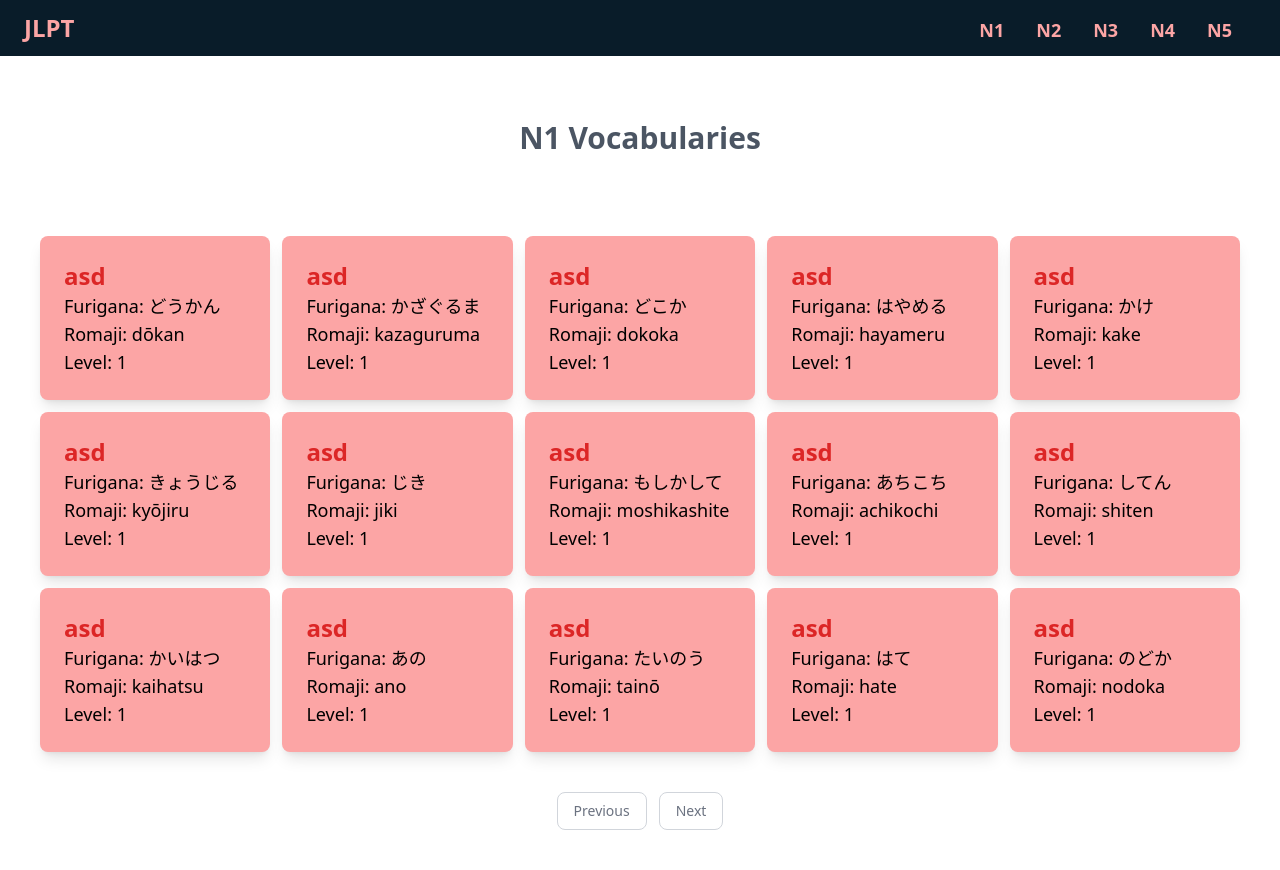
Repository: Penglee25/JLPT-vocabulary
Page: /n1
An editor plug-in stored every save of this project. The page is shown before and after the next save, followed by the edit.
The browser window is 1280 px wide. The pictures show the whole page.
The project was rebuilt for these pictures with package versions that can differ from the ones it lists, and the page was loaded fresh each time. The framework's server and built-in components were replaced by stand-ins that run in the browser. Also part of the build but not shown: next.config.js, src/styles/main.css.

Above is the page before, as saved 2023-03-17 15:37:42.

After the next save:
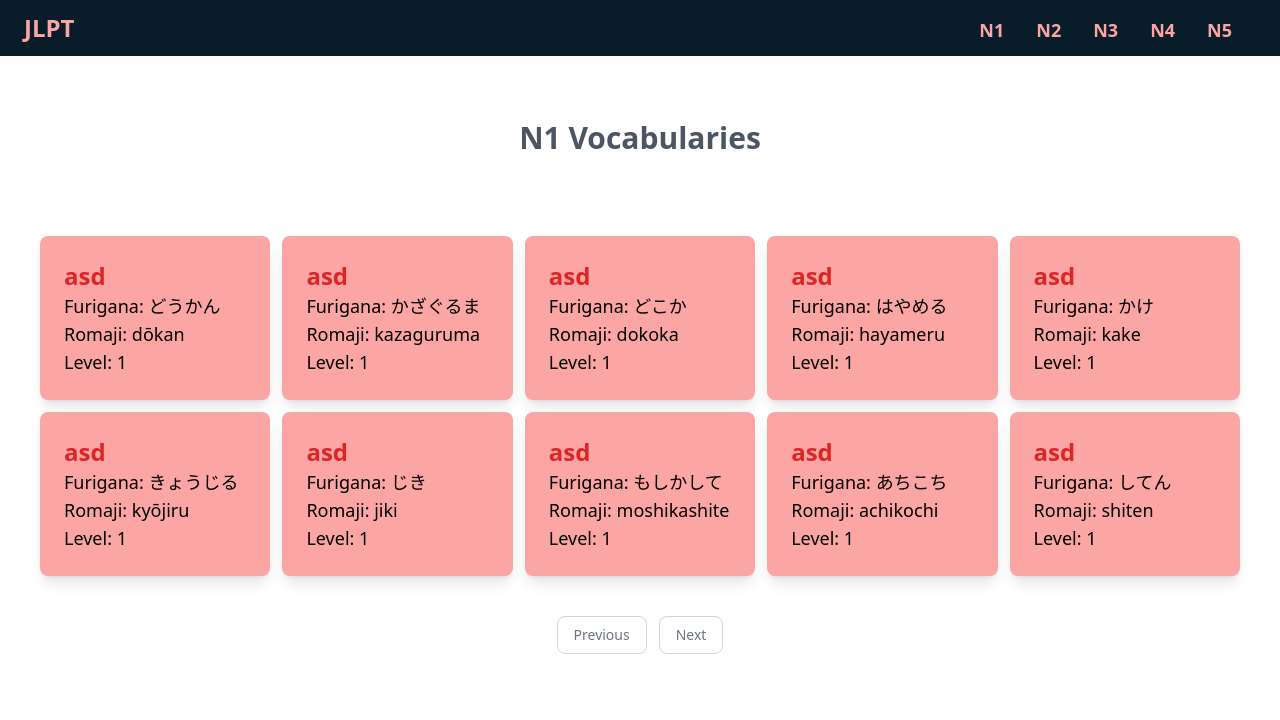
Saved 8 s later.
--- a/src/pages/n1.tsx
+++ b/src/pages/n1.tsx
@@ -6,7 +6,7 @@ export default function n1() {
 
     const [wordPost, setWordPost] = useState();
     const data = pickDB(1);
-    const itemsPerPage = 15;
+    const itemsPerPage = 10;
 
     const [currentPage, setCurrentPage] = useState(1);
     const totalPages = Math.ceil(data.length / itemsPerPage);
